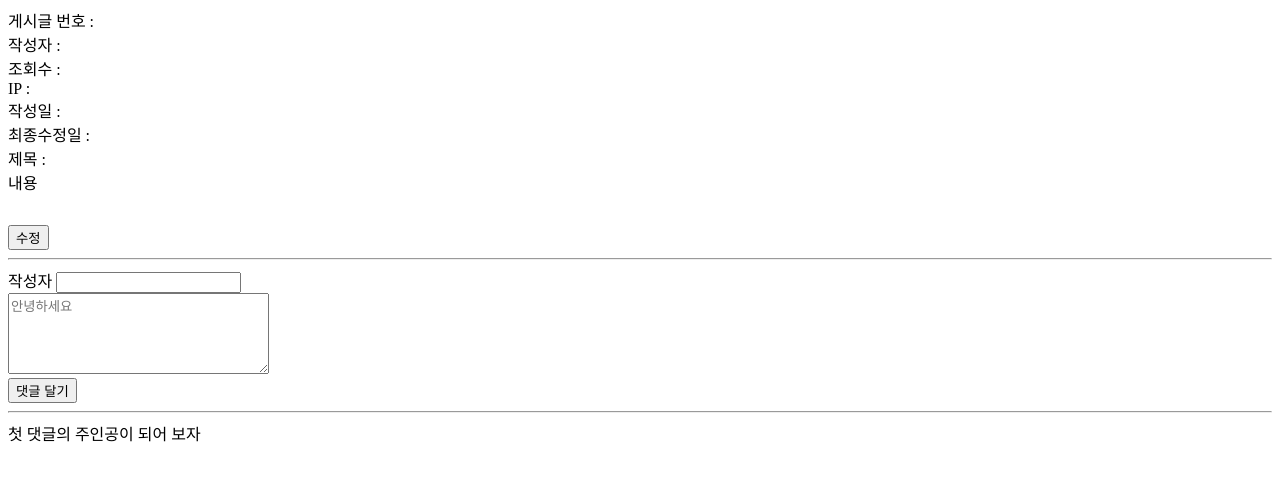
Repository: yangchunsick/JSPstudy
Page: http://localhost/11_MYHOME/notice/update.jsp
An editor plug-in stored every save of this project. The page is shown before and after the next save, followed by the edit.
The browser window is 1280 px wide. The pictures show the whole page.
The page is served by Tomcat 9. The template is opened directly, without the code that normally fills it, so the values that code supplies are empty.

Above is the page before, as saved 2021-11-18 02:11:44.

After the next save:
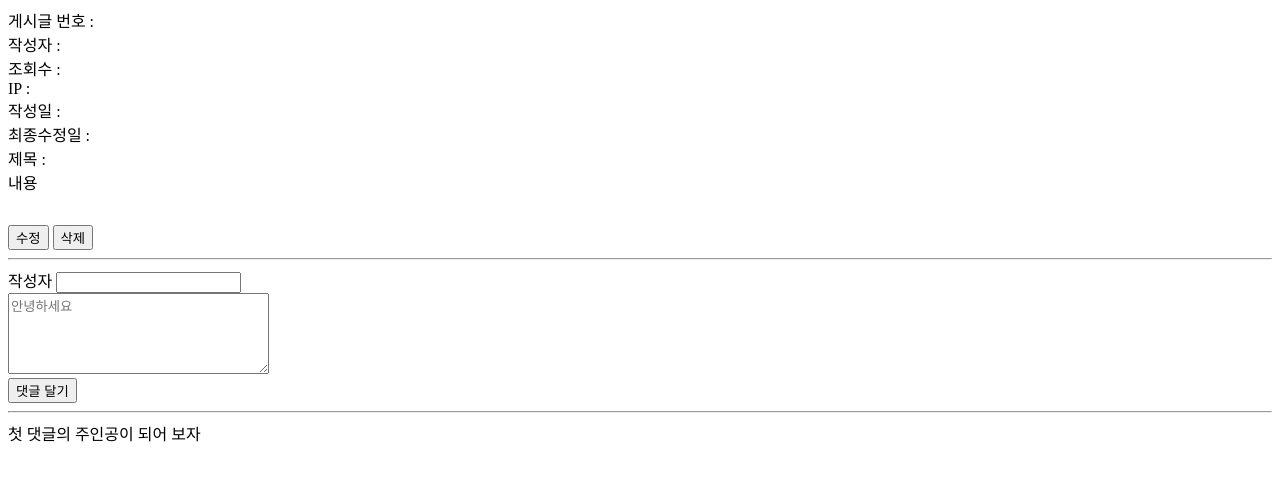
Saved 9 s later.
--- a/worksapce/11_MYHOME/WebContent/notice/update.jsp
+++ b/worksapce/11_MYHOME/WebContent/notice/update.jsp
@@ -33,6 +33,8 @@
 
 		<input type="button" value="수정">
 
+		<input type="button" value="삭제">
+
 		<hr>
 
 		<%-- 댓글을 달 수 있는 폼 --%>
